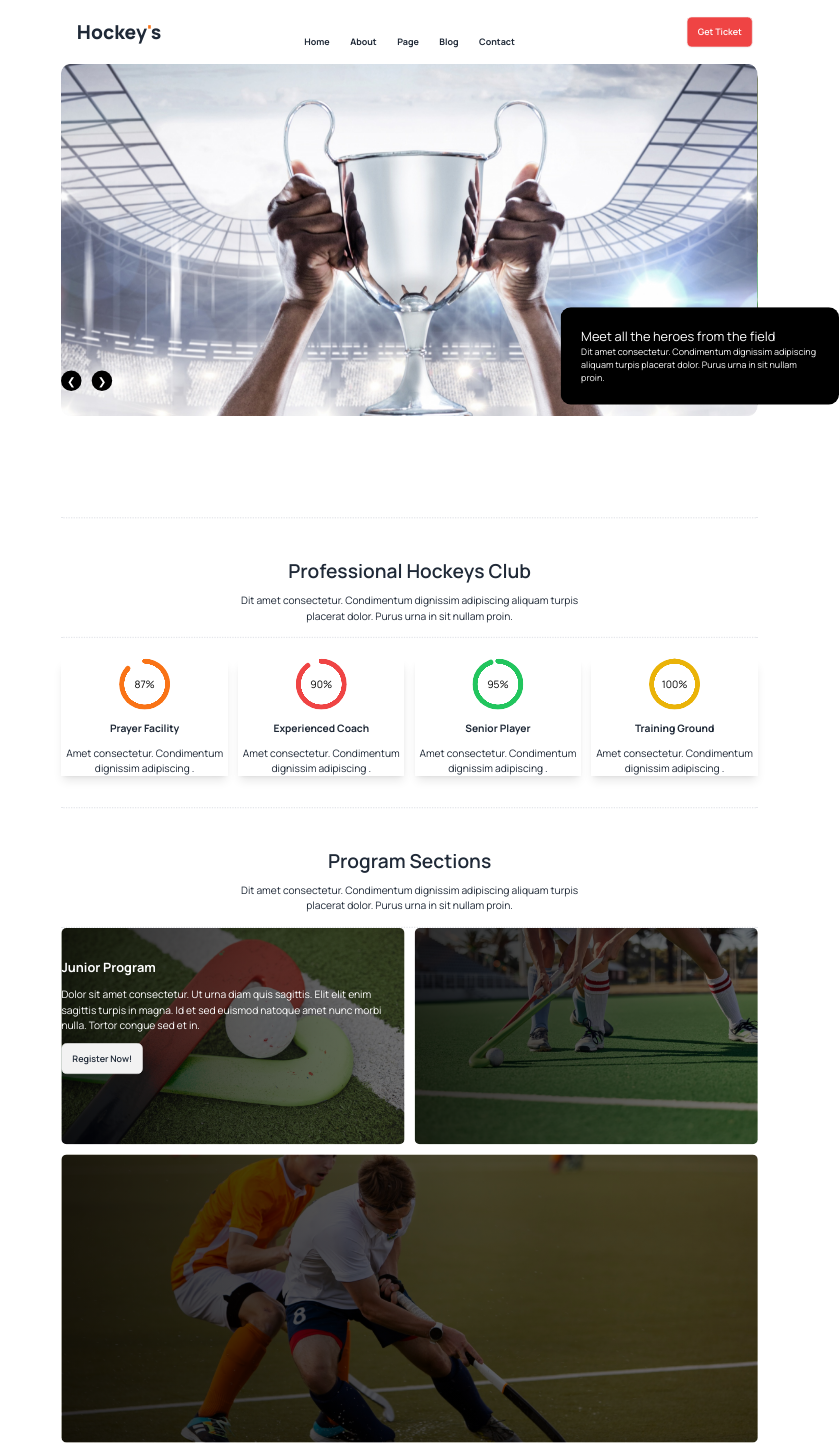
Repository: RudrasahaDibos/Hockey-
Page: index.html
An editor plug-in stored every save of this project. The page is shown before and after a run of saves, followed by the edit.
The browser window is 1280 px wide. The page is 1311 px wide, so the pictures cover 1311 px, including what lies to the right of the window. The pictures show the whole page, at 64% of full size.
Some web libraries are served in a nearby version.

Above is the page before, as saved 2024-10-23 22:36:31.

### index.html
<!DOCTYPE html>
<html lang="en">
<head>
    <meta charset="UTF-8">
    <meta name="viewport" content="width=device-width, initial-scale=1.0">
    <title>Hockeys</title>
    <!-- Tailwinds css -->
    <link href="https://cdn.jsdelivr.net/npm/daisyui@4.12.13/dist/full.min.css" rel="stylesheet" type="text/css" />
    <script src="https://cdn.tailwindcss.com"></script>
    <!-- Font asome -->
    <link rel="stylesheet" href="https://cdnjs.cloudflare.com/ajax/libs/font-awesome/6.6.0/css/all.min.css" integrity="sha512-Kc323vGBEqzTmouAECnVceyQqyqdsSiqLQISBL29aUW4U/M7pSPA/gEUZQqv1cwx4OnYxTxve5UMg5GT6L4JJg==" crossorigin="anonymous" referrerpolicy="no-referrer" />
   <!-- tailwind custom css -->
   <script>
    tailwind.config = {
      theme: {
        extend: {
          colors: {
            clifford: '#da373d',
          }
        }
      }
    }
  </script>
  <!-- google Font  -->
  <link rel="preconnect" href="https://fonts.googleapis.com">
  <link rel="preconnect" href="https://fonts.gstatic.com" crossorigin>
  <link href="https://fonts.googleapis.com/css2?family=Manrope:wght@200..800&display=swap" rel="stylesheet">

  <style>
.manrope {
  font-family: "Manrope", serif;
}
  </style>

</head>
<body class="manrope">
    <!-- header section start here -->
       <header class="container mx-auto lg:px-24 px-8">
                 <!-- navber start here -->
                     <nav>
                        <div class="navbar bg-base-100">
                            <div class="navbar-start">
                              <div class="dropdown">
                                <div tabindex="0" role="button" class="  lg:hidden">
                                  <svg
                                    xmlns="http://www.w3.org/2000/svg"
                                    class="h-5 w-5"
                                    fill="none"
                                    viewBox="0 0 24 24"
                                    stroke="currentColor">
                                    <path
                                      stroke-linecap="round"
                                      stroke-linejoin="round"
                                      stroke-width="2"
                                      d="M4 6h16M4 12h8m-8 6h16" />
                                  </svg>
                                </div>
                                <ul
                                  tabindex="0"
                                  class="menu menu-sm dropdown-content bg-base-100 rounded-box z-[1] mt-3 w-52 p-2 shadow">

                                    <li><a>Home</a></li>
                                    <li><a>About</a></li>
                                    <li><a>Page</a></li>
                                    <li><a>Blog</a></li>
                                    <li><a>Contact</a></li>

                                </ul>
                              </div>

                              <a class=" ml-4  text-2xl lg:text-3xl font-extrabold ">Hockey<span class="text-orange-500">'</span>s</a>

                            </div>
                            <div class="navbar-center hidden lg:flex">
                              <ul class="menu menu-horizontal px-1 mt-8">
                                <li class="hover:text-orange-500 font-bold"><a>Home</a></li>
                                <li  class="hover:text-orange-500 font-bold"><a>About</a></li>
                                <li  class="hover:text-orange-500 font-bold"><a>Page</a></li>
                                <li  class="hover:text-orange-500 font-bold"><a>Blog</a></li>
                                <li  class="hover:text-orange-500 font-bold"><a>Contact</a></li>
                              </ul>
                            </div>
                            <div class="navbar-end  lg:ml-0 ml-20">

                              <a class="btn bg-red-500 text-white  ">Get Ticket</a>
                            </div>
                          </div>
                     </nav>
                 <!-- navber end here -->

                  <!-- banner start here -->
                     <div>
                      <div class="carousel w-full">
                        <div id="slide1" class="carousel-item relative w-full ">
                          <img
                            src="Images/1.png"
                            class="w-full lg:h-[550px] " />
                          <div class="absolute lg:left-0 lg:right-0 lg:top-[90%] left-[90px] top-[80%] flex -translate-y-1/2 transform gap-4">
                            <div class=" h-8 w-8 rounded-full bg-black text-white flex justify-center items-center ">
                              <a href="#slide4" class="lg:btn lg:btn-circle">❮</a>
                            </div>
                            <div class="h-8 w-8 rounded-full bg-black text-white flex justify-center items-center">
                              <a href="#slide2" class="lg:btn lg:btn-circle ">❯</a>
                            </div>
                          </div>
                        </div>
                        <div id="slide2" class="carousel-item relative w-full">
                          <img
                            src="Images/2.png"
                            class="w-full lg:h-[550px]" />
                            <div class="absolute lg:left-0 lg:right-0 lg:top-[90%] left-[90px] top-[80%] flex -translate-y-1/2 transform gap-4">
                              <div class=" h-8 w-8 rounded-full bg-black text-white flex justify-center items-center ">
                                <a href="#slide1" class="lg:btn lg:btn-circle">❮</a>
                              </div>
                              <div class="h-8 w-8 rounded-full bg-black text-white flex justify-center items-center">
                                <a href="#slide3" class="lg:btn lg:btn-circle ">❯</a>
                              </div>
                            </div>
                        </div>
                        <div id="slide3" class="carousel-item relative w-full">
                          <img
                            src="Images/3.png"
                            class="w-full lg:h-[550px]" />
                            <div class="absolute lg:left-0 lg:right-0 lg:top-[90%] left-[90px] top-[80%] flex -translate-y-1/2 transform gap-4">
                              <div class=" h-8 w-8 rounded-full bg-black text-white flex justify-center items-center ">
                                <a href="#slide2" class="lg:btn lg:btn-circle">❮</a>
                              </div>
                              <div class="h-8 w-8 rounded-full bg-black text-white flex justify-center items-center">
                                <a href="#slide4" class="lg:btn lg:btn-circle ">❯</a>
                              </div>
                            </div>
                        </div>
                        <div id="slide4" class="carousel-item relative w-full">
                          <img
                            src="Images/4.png"
                            class="w-full lg:h-[550px]" />
                            <div class="absolute lg:left-0 lg:right-0 lg:top-[90%] left-[90px] top-[80%] flex -translate-y-1/2 transform gap-4">
                              <div class=" h-8 w-8 rounded-full bg-black text-white flex justify-center items-center ">
                                <a href="#slide3" class="lg:btn lg:btn-circle">❮</a>
                              </div>
                              <div class="h-8 w-8 rounded-full bg-black text-white flex justify-center items-center">
                                <a href="#slide1" class="lg:btn lg:btn-circle ">❯</a>
                              </div>
                            </div>
                        </div>
                      </div>

                        <!-- meet all hero  -->
                        <div class=" card bg-black  p-2 lg:p-8  lg:w-2/5 lg:-translate-y-44 lg:left-[780px]">
                          <div class="">
                            <h2 class="lg:text-xl bold text-white">Meet all the heroes from the field</h2>
                            <p class="text-sm text-white">Dit amet consectetur. Condimentum dignissim adipiscing aliquam   turpis placerat dolor. Purus urna in sit nullam proin. </p>

                          </div>
                        </div>
                      <!-- meet hero ebds -->


                     </div>


                   <!-- banner end here -->
       </header>
       <!-- Header section End here -->

       <!-- Main secetion start here  -->
        <main>
                      <!-- Professional Hockeys Club start here -->
                         <section class=" container mx-auto lg:px-24 px-8 lg:mt-0  mt-5  ">
                                 <div class="text-center space-y-4 border-dotted border-t-2 border-b-2  border-separate h-[189px] lg:pt-16">
                                     <h1 class=" text-xl lg:text-3xl font-semibold">Professional Hockeys Club</h1>
                                     <p class="lg:w-[50%] lg:mx-auto">Dit amet consectetur. Condimentum dignissim adipiscing aliquam turpis placerat dolor. Purus urna in sit nullam proin. </p>
                                 </div>
                                  <div class="mt-8">
                                        <div class="grid grid-cols-1 md:gird-cols-2 lg:grid-cols-4 gap-4 ">
                                                <div class=" h-50 shadow-lg space-y-4 flex flex-col justify-center items-center">
                                                  <div class="radial-progress text-orange-500  " style="--value:87;" role="progressbar"><span class="text-black"> 87%</span></div>
                                                    <h3 class="font-bold">Prayer Facility</h3>
                                                    <p class="text-center">Amet consectetur. Condimentum dignissim adipiscing .</p>
                                                </div>
                                                <div class=" h-50 shadow-lg space-y-4 flex flex-col justify-center items-center">
                                                  <div class="radial-progress text-red-500  " style="--value:90;" role="progressbar"><span class="text-black"> 90%</span></div>
                                                    <h3 class="font-bold">Experienced Coach</h3>
                                                    <p class="text-center">Amet consectetur. Condimentum dignissim adipiscing .</p>
                                                </div>
                                                <div class=" h-50  shadow-lg space-y-4 flex flex-col justify-center items-center">
                                                  <div class="radial-progress text-green-500  " style="--value:95;" role="progressbar"><span class="text-black"> 95%</span></div>
                                                    <h3 class="font-bold">Senior Player</h3>
                                                    <p class="text-center">Amet consectetur. Condimentum dignissim adipiscing .</p>
                                                </div>
                                                <div class=" h-50 shadow-lg space-y-4 flex flex-col justify-center items-center">
                                                  <div class="radial-progress text-yellow-500  " style="--value:100;" role="progressbar"><span class="text-black"> 100%</span></div>
                                                    <h3 class="font-bold">Training Ground</h3>
                                                    <p class="text-center">Amet consectetur. Condimentum dignissim adipiscing .</p>
                                                </div>
                                        </div>
                                  </div>

                         </section>
                       <!-- Professional Hockeys Club end here -->


                       <!-- Program Sections start here -->
                            <section class="container mx-auto lg:px-24 px-8 mt-12 ">
                              <div class="text-center space-y-4 border-dotted border-t-2 border-b-2  border-separate h-[189px] lg:pt-16">
                                <h1 class=" text-xl lg:text-3xl font-semibold">Program Sections</h1>
                                <p class="lg:w-[50%] lg:mx-auto">Dit amet consectetur. Condimentum dignissim adipiscing aliquam turpis placerat dolor. Purus urna in sit nullam proin. </p>
                            </div>
                               <div>
                                <div class="grid  grid-cols-1 lg:grid-cols-2 gap-4">

                                  <div class=" relative bg-no-repeat rounded-lg  bg-center bg-cover  w-full bg-[linear-gradient(90deg,rgb(0,0,0,0.8),rgb(0,0,0,0.5)),url(./images/2.png)] h-[338px]">

                                   <div class="text-start pt-12 space-y-4">
                                    <h2 class="text-white text-xl font-bold">Junior Program</h2>
                                    <p class="text-white">Dolor sit amet consectetur. Ut urna diam quis sagittis. Elit elit
                                      enim sagittis turpis in magna. Id et sed euismod natoque amet nunc morbi nulla. Tortor congue sed et in.</p>
                                     <button class="btn ">Register Now!</button>
                                   </div>
                                 </div>

                                  <div class="relative  bg-no-repeat rounded-lg  bg-center bg-cover  w-full bg-[linear-gradient(90deg,rgb(0,0,0,0.8),rgb(0,0,0,0.5)),url(./images/3.png)]  h-[338px]">

                                  </div>
                                  <div class=" lg:col-span-2 relative  rounded-lg  bg-center bg-cover w-full bg-[linear-gradient(90deg,rgb(0,0,0,0.8),rgb(0,0,0,0.5)),url(./images/4.png)] h-[450px]">

                                  </div>
                                </div>
                               </div>
                            </section>

                       <!-- Program Sections end here -->
        </main>
        <!-- main section end here -->

</body>
</html>

After the next 3 saves:
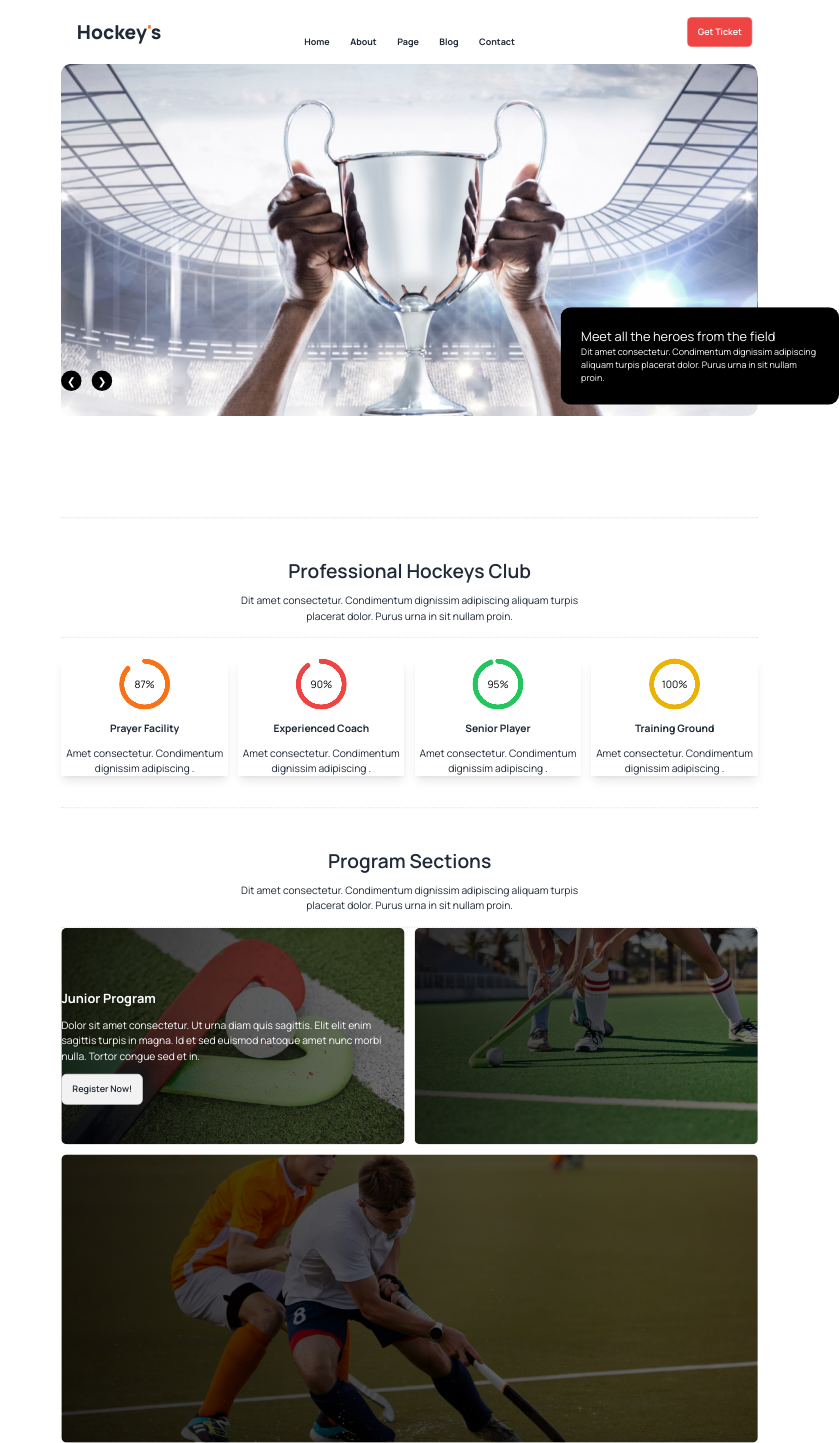
The 3 saves are shown as one change because they came seconds apart.
The last was saved 14 s later.
--- a/index.html
+++ b/index.html
@@ -211,7 +211,7 @@
 
                                   <div class=" relative bg-no-repeat rounded-lg  bg-center bg-cover  w-full bg-[linear-gradient(90deg,rgb(0,0,0,0.8),rgb(0,0,0,0.5)),url(./images/2.png)] h-[338px]">
 
-                                   <div class="text-start pt-12 space-y-4">
+                                   <div class="text-start pt-24 space-y-4">
                                     <h2 class="text-white text-xl font-bold">Junior Program</h2>
                                     <p class="text-white">Dolor sit amet consectetur. Ut urna diam quis sagittis. Elit elit
                                       enim sagittis turpis in magna. Id et sed euismod natoque amet nunc morbi nulla. Tortor congue sed et in.</p>
